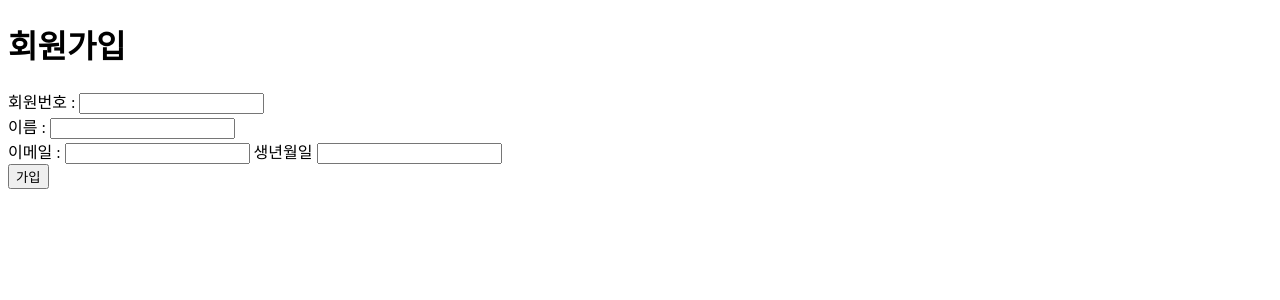
Repository: whdghks9241/Servlet-JSP-Workspace
Page: http://localhost/join/register.jsp
These files come from the project's save history. The page is drawn as it stood at one moment and after the next save; the edit follows.
The browser window is 1280 px wide. The pictures show the whole page.
The page is served by Tomcat 9. Other server files are loaded and not shown.

Above is the page before, as saved 2023-11-07 01:41:58.

### join/src/main/webapp/register.jsp
<%@ page language="java" contentType="text/html; charset=utf-8"
    pageEncoding="utf-8"%>
<!DOCTYPE html>
<html>
<head>

<meta charset="EUC-KR">
<title>Insert title here</title>
 <link rel="stylesheet" type = "text/css" href="styles.css">
</head>
<body>
<h1>회원가입</h1>
<form action="RegisterServlet" method="post" ></form>
	<label for = "mon">회원번호 : </label>
	<input type="text" id="mno" name ="mno" required><br>

	<lable for = "mname">이름 : </lable>
	<input type="text" id="mname" name="mname" required><br>

	<lable for = "email">이메일 : </lable>
	<input type="text" id="email" name="email" required>

	<lable for="mbirth">생년월일</lable>
	<input tpye = "date" id="mbirth" name="mbirth" required><br>

	<input type="submit" value = "가입">
</body>
</html>

### join/src/main/webapp/styles.css
styles.css
h1 {
	background-color:#333;
	color:#fff;
	padding :10px;
	text-align : center;
}

After the next save:
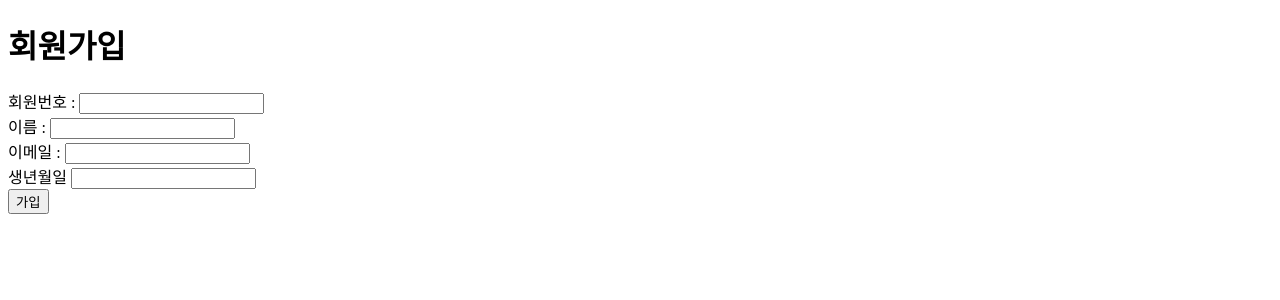
Saved 22 s later.
--- a/join/src/main/webapp/register.jsp
+++ b/join/src/main/webapp/register.jsp
@@ -18,7 +18,7 @@
 	<input type="text" id="mname" name="mname" required><br>
 
 	<lable for = "email">이메일 : </lable>
-	<input type="text" id="email" name="email" required>
+	<input type="text" id="email" name="email" required><br>
 
 	<lable for="mbirth">생년월일</lable>
 	<input tpye = "date" id="mbirth" name="mbirth" required><br>
